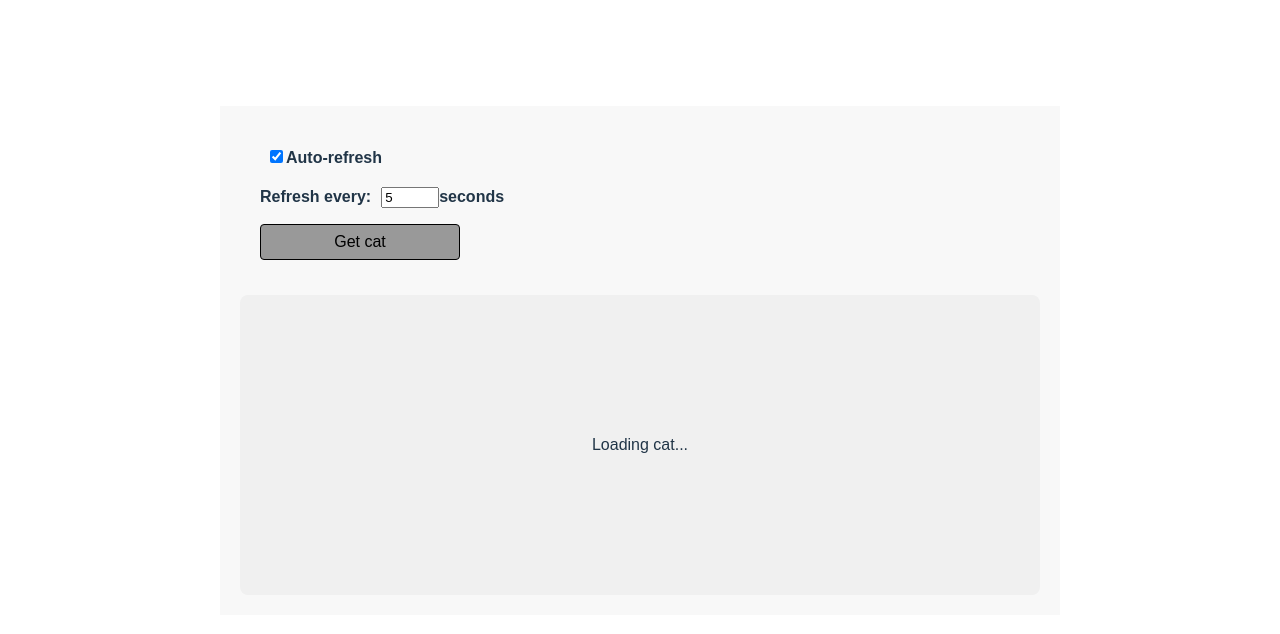
Repository: Pharaoh5/test-assignment5
Page: /
The author's editor kept a copy of each file at every save. The page is drawn from the files as they stood at one save, then again after the next save.
The browser window is 1280 px wide. The pictures show the whole page.
The page's requests for data from a server got no answer. The project was rebuilt for these pictures with package versions that can differ from the ones it lists, and the page was loaded fresh each time. No one was signed in, and anything a server would have sent is missing. Also part of the build but not shown: vite.config.ts.

Above is the page before, as saved 2025-04-08 19:29:18.

### index.html
<!doctype html>
<html lang="en">
  <head>
    <meta charset="UTF-8" />
    <link rel="icon" type="image/svg+xml" href="/vite.svg" />
    <meta name="viewport" content="width=device-width, initial-scale=1.0" />
    <title>Vite + React + TS</title>
  </head>
  <body>
    <div id="root" style="width: 100%;"></div>
    <script type="module" src="/src/main.tsx"></script>
  </body>
</html>

### src/App.tsx
import { useState, useEffect } from 'react';
import styled from 'styled-components';
import CatImage from './components/CatImage';
import Controls from './components/Controls';

const AppContainer = styled.div`
  background-color: #f8f8f8;
  font-family: Arial, sans-serif;
  max-width: 800px;
  margin: 0 auto;
  padding: 20px;
  text-align: center;
`;

const App = () => {
  const [catImage, setCatImage] = useState(null);
  const [autoRefresh, setAutoRefresh] = useState(true);
  const [refreshInterval, setRefreshInterval] = useState(5);

  const fetchCat = async () => {
    try {
      const response = await fetch('https://api.thecatapi.com/v1/images/search');
      const data = await response.json();
      setCatImage(data[0].url);
    } catch (error) {
      console.error('Error fetching cat:', error);
    }
  };

  useEffect(() => {
    fetchCat();
  }, []);

  useEffect(() => {
    let intervalId: number;
    if (autoRefresh) {
      intervalId = setInterval(fetchCat, refreshInterval * 1000);
    }
    return () => {
      if (intervalId) clearInterval(intervalId);
    };
  }, [autoRefresh, refreshInterval]);

  return (
    <AppContainer>
      <Controls
      autoRefresh={autoRefresh}
      refreshInterval={refreshInterval}
      onToggleAutoRefresh={() => setAutoRefresh(!autoRefresh)}
      onRefreshIntervalChange={(e: React.ChangeEvent<HTMLInputElement>) => setRefreshInterval(Number(e.target.value))}
      onManualRefresh={fetchCat}
      />
      <CatImage imageUrl={catImage as string | null} />
    </AppContainer>
  );
};

export default App;

### src/components/CatImage.tsx
import styled from 'styled-components';

const ImageContainer = styled.div`
`;

const CatImg = styled.img`
  max-width: 100%;
  max-height: 500px;
  border-radius: 8px;
  box-shadow: 0 2px 4px rgba(0, 0, 0, 0.1);
`;

const Placeholder = styled.div`
  width: 100%;
  height: 300px;
  background-color: #f0f0f0;
  display: flex;
  align-items: center;
  justify-content: center;
  border-radius: 8px;
`;

interface CatImageProps {
    imageUrl?: string | null;
  }

const CatImage = ({ imageUrl }: CatImageProps) => {
  return (
    <ImageContainer>
      {imageUrl ? (
        <CatImg src={imageUrl} alt="Random cat" />
      ) : (
        <Placeholder>Loading cat...</Placeholder>
      )}
    </ImageContainer>
  );
};

export default CatImage;

### src/components/Controls.tsx
import styled from 'styled-components';

const ControlsContainer = styled.div`
  padding: 20px;
  border-radius: 8px;
  text-align: left;
`;

const ControlGroup = styled.div`
  margin-bottom: 15px;
  text-align: left;
`;

const Label = styled.label`
  margin-right: 10px;
  font-weight: bold;
`;

const Button = styled.button`
  width: 200px;
  padding: 8px 16px;
  background-color:rgb(153, 153, 153);
  color: black;
  border: none;
  border-radius: 4px;
  cursor: pointer;
  font-size: 16px;
  border: 1px solid black;

  &:hover {
    box-shadow: 4px 4px 8px 0px rgba(29, 29, 29, 0.2);
  }
`;

interface ControlsProps {
  autoRefresh: boolean;
  refreshInterval: number;
  onToggleAutoRefresh: (event: React.ChangeEvent<HTMLInputElement>) => void;
  onRefreshIntervalChange: (event: React.ChangeEvent<HTMLInputElement>) => void;
  onManualRefresh: () => void;
}

const Controls: React.FC<ControlsProps> = ({
  autoRefresh,
  refreshInterval,
  onToggleAutoRefresh,
  onRefreshIntervalChange,
  onManualRefresh
}) => {
  return (
    <ControlsContainer>
      <ControlGroup>
        <Label>
          <input
            type="checkbox"
            checked={autoRefresh}
            onChange={onToggleAutoRefresh}
            style={{ marginLeft: '10px' }}
          />
          Auto-refresh
        </Label>
      </ControlGroup>

      {autoRefresh && (
        <ControlGroup>
          <Label>
            Refresh every:
            <input
              type="number"
              min="1"
              max="60"
              value={refreshInterval}
              onChange={onRefreshIntervalChange}
              style={{ marginLeft: '10px', width: '50px' }}
            />
            seconds
          </Label>
        </ControlGroup>
      )}

      <ControlGroup>
        <Button onClick={onManualRefresh}>Get cat</Button>
      </ControlGroup>
    </ControlsContainer>
  );
};

export default Controls;

Loaded but not shown: src/main.tsx (common file); src/index.css (common file)

After the next save:
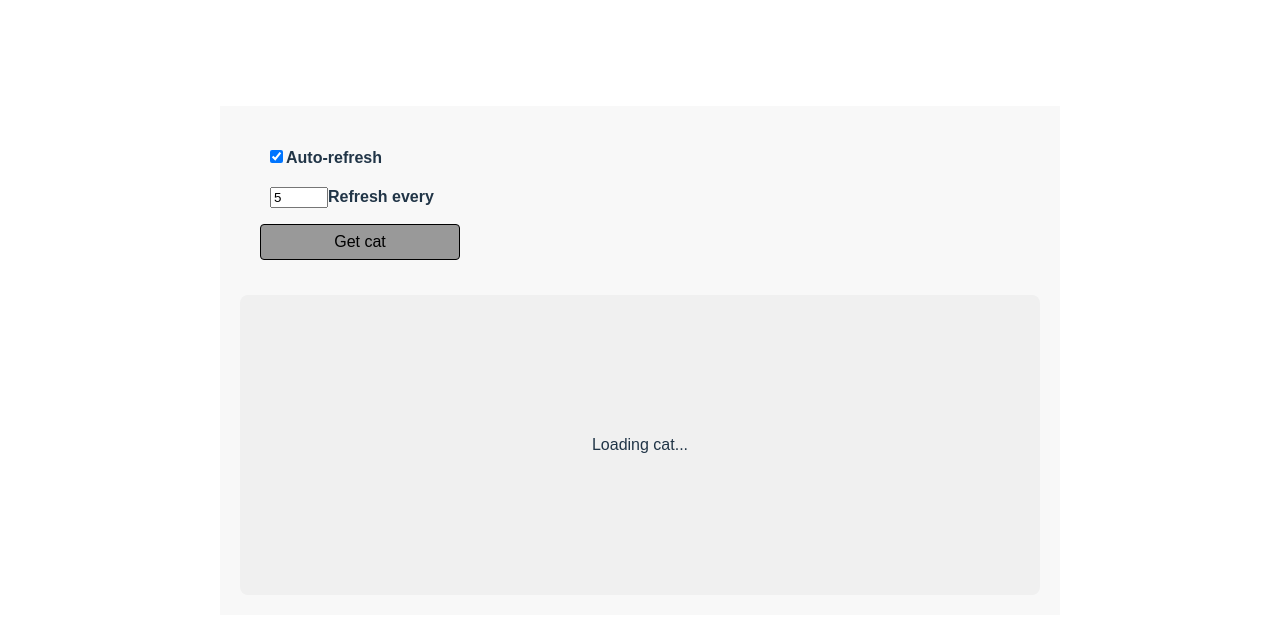
Saved 30 s later.
--- a/src/components/Controls.tsx
+++ b/src/components/Controls.tsx
@@ -64,7 +64,6 @@ const Controls: React.FC<ControlsProps> = ({
       {autoRefresh && (
         <ControlGroup>
           <Label>
-            Refresh every:
             <input
               type="number"
               min="1"
@@ -73,7 +72,7 @@ const Controls: React.FC<ControlsProps> = ({
               onChange={onRefreshIntervalChange}
               style={{ marginLeft: '10px', width: '50px' }}
             />
-            seconds
+            Refresh every
           </Label>
         </ControlGroup>
       )}
